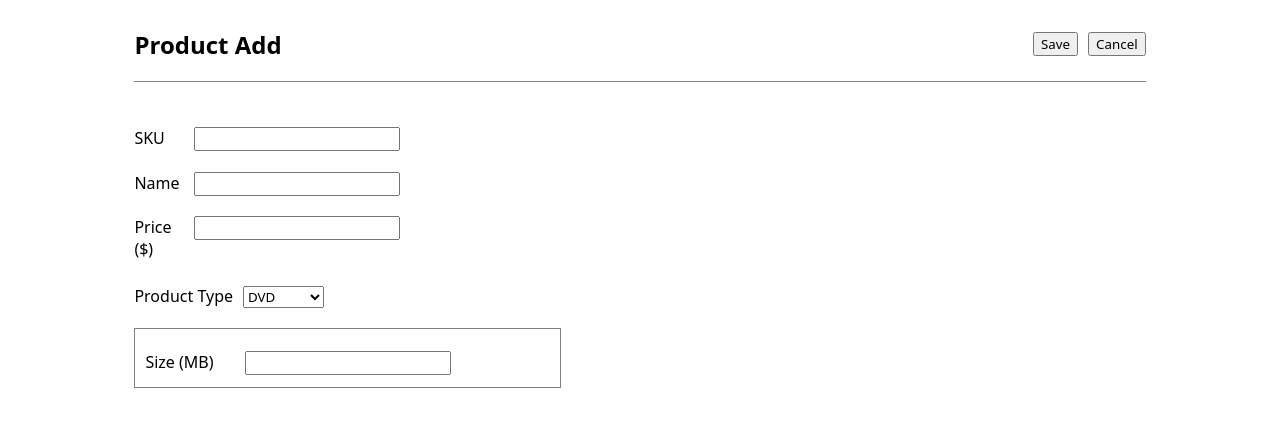
Repository: gabyto19/scandiweb
Page: http://localhost/addPage.php
The author's editor kept a copy of each file at every save. The page is drawn from the files as they stood at one save, then again after the next save.
The browser window is 1280 px wide. The pictures show the whole page.
Some web libraries are served in a nearby version. The page is run by PHP 8.4 with error messages shown; the project is at /var/www/html/.

Above is the page before, as saved 2023-03-07 17:45:09.

After the next save:
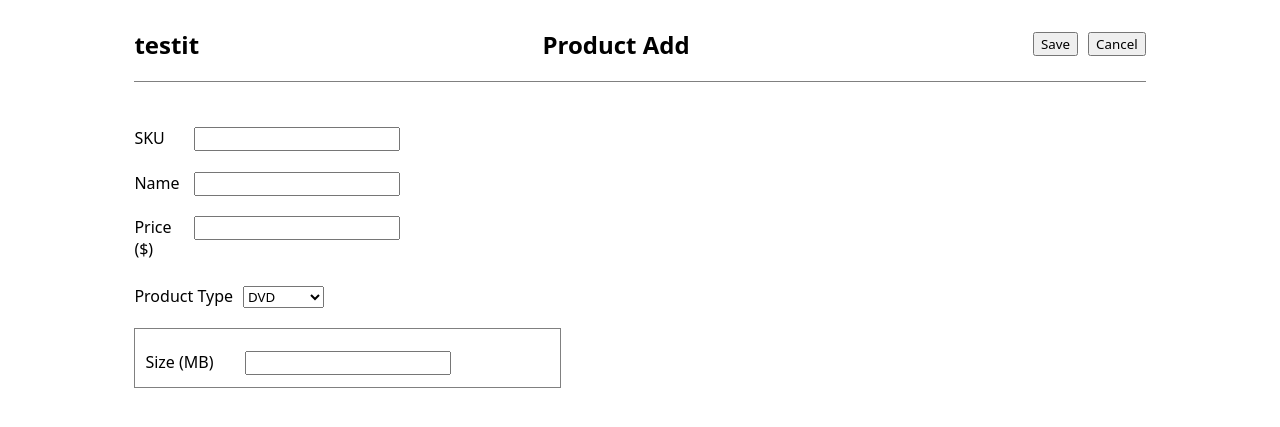
Saved 26 s later.
--- a/addPage.php
+++ b/addPage.php
@@ -14,6 +14,7 @@
 <body>
     <div id="app">
         <nav>
+            <h1>{{test}}</h1>
             <h2>Product Add</h2>
             <div class="rightButtons">
                 <button @click="submitForm()">Save</button>

After the save that followed:
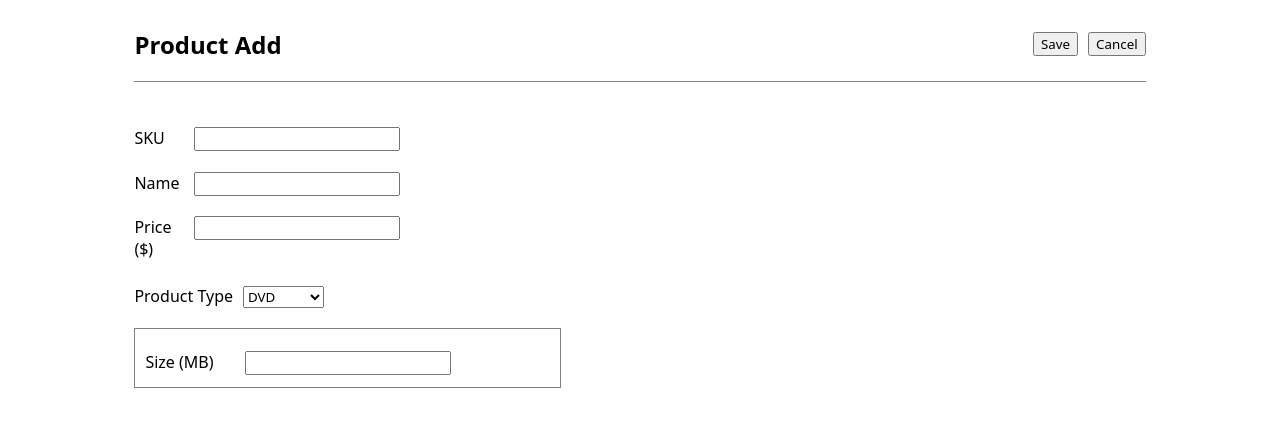
Saved 3 min 44 s later.
--- a/addPage.php
+++ b/addPage.php
@@ -14,7 +14,6 @@
 <body>
     <div id="app">
         <nav>
-            <h1>{{test}}</h1>
             <h2>Product Add</h2>
             <div class="rightButtons">
                 <button @click="submitForm()">Save</button>
